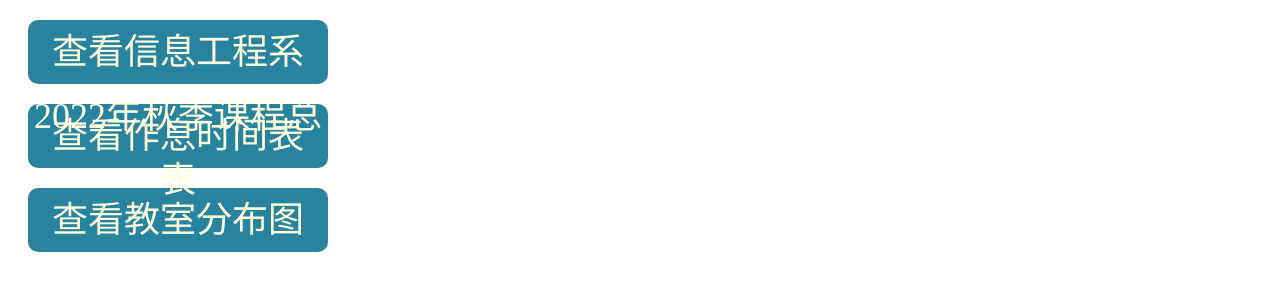
Repository: teacherlonglong/teacherlonglong.github.io
Page: index.html
These files come from the project's save history. The page is drawn as it stood at one moment and after the next save; the edit follows.
The browser window is 1280 px wide. The pictures show the whole page.

Above is the page before, as saved 2022-09-13 17:45:24.

### index.html
<html>

<head>
    <title>欢迎</title>
    <style>
        .mylink{
            display: block;
            text-decoration: none;
            line-height: 64px;
            height: 64px;
            background-color: #28839F;
            width: 300px;
            margin:20px;
            font-size: 36px;
            border-radius: 10px;
            text-align: center;
            color:#FEFEDF;
        }
    </style>
</head>

<body>
    <a class="mylink" href="./信息工程系2022年秋季课程总表.htm">查看信息工程系2022年秋季课程总表</a>
    <a class="mylink" href="./作息时间表.htm">查看作息时间表</a>
    <a class="mylink" href="./教室分布图.htm">查看教室分布图</a>
</body>

</html>

After the next save:
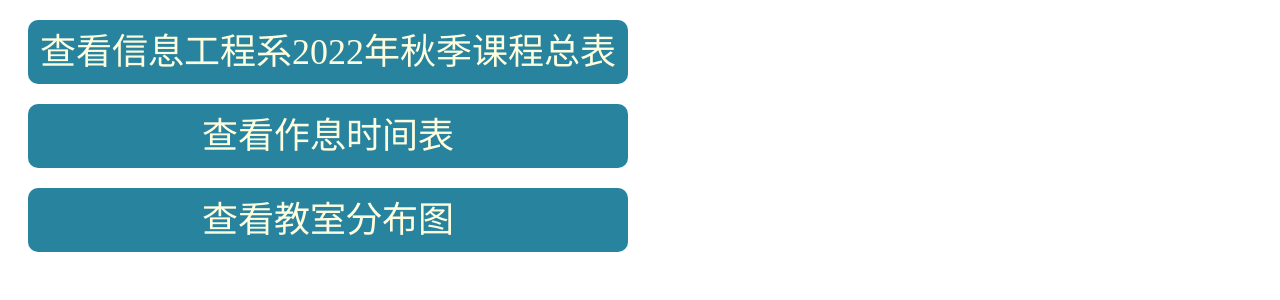
Saved 10 s later.
--- a/index.html
+++ b/index.html
@@ -9,7 +9,7 @@
             line-height: 64px;
             height: 64px;
             background-color: #28839F;
-            width: 300px;
+            width: 600px;
             margin:20px;
             font-size: 36px;
             border-radius: 10px;
